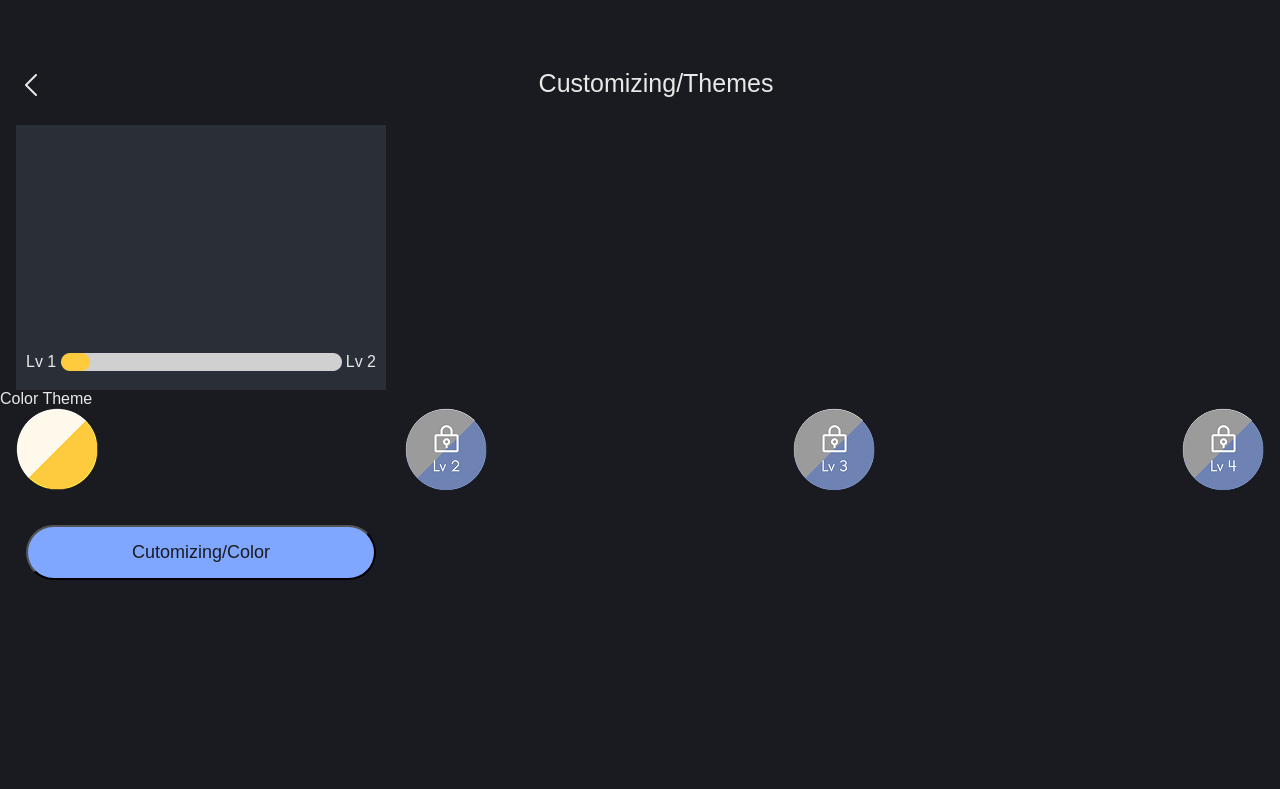
Repository: Crite-Spranberries/sleepixie_app
Page: /customizing
The author's editor kept a copy of each file at every save. The page is drawn from the files as they stood at one save, then again after the next save.
The browser window is 1280 px wide. The pictures show the whole page.
Pictures or frames that could not be fetched are drawn as grey boxes. Some web fonts or font styles are not loaded; a fallback is used. The project was rebuilt for these pictures with package versions that can differ from the ones it lists, and the page was loaded fresh each time. The framework's server and built-in components were replaced by stand-ins that run in the browser. Also part of the build but not shown: next.config.mjs.

Above is the page before, as saved 2025-05-12 11:54:51.

### pages/_app.js
import '../styles/globals.css';

export default function MyApp({ Component, pageProps }) {
  return (
    <main>
      <Component {...pageProps} />
    </main>
  );
}

### pages/customizing.js
import Image from 'next/image';
import PrimaryButton from '@/components/Button/PrimaryButton';
import CharacterCard2 from '@/components/CharacterCard2';
import HeaderComponent from '@/components/Button/HeaderComponent';
import { useRouter } from 'next/navigation';

export default function CustomizingPage() {
  const router = useRouter();
  return (
    <div className="styles.customizingPage">
      <HeaderComponent pageName="Customizing/Themes" pageLink="/character" />
      <CharacterCard2 />
      <div className="styles.colorTheme">Color Theme</div>
      <div className="colorChipContainer">
        <Image
          src="/images/colorChip1.png"
          alt="colorChip1"
          width={82}
          height={82}
        />
        <Image
          src="/images/colorChip2.png"
          alt="colorChip2"
          width={82}
          height={82}
        />
        <Image
          src="/images/colorChip3.png"
          alt="colorChip3"
          width={82}
          height={82}
        />
        <Image
          src="/images/colorChip4.png"
          alt="colorChip4"
          width={82}
          height={82}
        />
      </div>
      <PrimaryButton
        label="Cutomizing/Color"
        onClick={() => router.push('/customizing')}
      />
    </div>
  );
}

### styles/globals.css
@import url('https://fonts.googleapis.com/css2?family=Teachers:wght@100;200;300;400;500;600;700;800;900&display=swap');

/* Add any global styles below */
h4 {
  font-size: 25px;
  font-style: normal;
  font-weight: 300;
  line-height: normal;
  margin: 0;
  flex: 3;
  text-align: center;
}

.weeklyAchievement {
  margin: 84px 0 0 16px;
}

.myGoal {
  margin: 30px 0 23px 16px;
}
h3 {
  font-size: 32px;
  font-style: normal;
  font-weight: 100;
  line-height: 29px;
  margin-left: 16px;
}

.sleep,
.additional {
  font-size: 20px;
  font-style: normal;
  font-weight: 600;
  line-height: normal;
  margin-top: 30px;
  margin-bottom: 12px;
}

html {
  font-family: 'Teachers', sans-serif;
  background-color: #191b21;
  color: #e8e8e8;
  margin: 0;
  padding: 0;
}

body {
  margin: 0;
  padding: 0;
  height: 100vh;
  width: 100vw;
}

input {
  color: #ffcb3e;
  background: none;
  border: none;
  font-size: 16px;
  font-style: normal;
  font-weight: 400;
  line-height: normal;
  padding-left: 20px;
}

input::placeholder {
  color: #ffcb3e;
  opacity: 0.5;
}

.buttonContainer {
  width: 100%;
  padding: 0;
  margin-left: 16px;
  display: flex;
  flex-direction: column;
}

.navigationBarGlobal {
  position: fixed;
  left: 0;
  bottom: 0;
  width: 100%;
  background-color: #292e37;
  z-index: 1000;
  display: flex;
  justify-content: space-around;
  align-items: center;
  padding: 0;
}

.supplementList {
  display: flex;
  flex-direction: row;
  justify-content: center;
  flex-wrap: wrap;
  gap: 10px;
}

.searchContainer {
  display: flex;
  justify-content: center;
}

.calendar {
  margin-top: 60px;

  display: flex;
  align-items: center;
  justify-content: center;
}

.myGoalContainer {
  display: flex;
  flex-direction: row;
  justify-content: space-between;
  padding: 0 20.5px 0 20.5px;
}

.characterContainerProgress {
  width: 370px;
  height: 311px;
}

.character {
  margin: 10px 16px 0 16px;
}

.colorChipContainer {
  display: flex;
  flex-direction: row;
  justify-content: space-between;
  padding: 0 16px 0 16px;
}

.colorTheme {
  display: flex;
  justify-content: center;
  font-size: 20px;
  font-style: normal;
  font-weight: 400;
  line-height: normal;
  margin: 30px 0 30px 0;
}

### components/Button/PrimaryButton.js
import styles from './Button.module.css';
import { useRouter } from 'next/navigation';

const PrimaryButton = ({ label, onClick }) => {
  return (
    <button className={styles.primaryButton} onClick={onClick}>
      {label}
    </button>
  );
};

export default PrimaryButton;

### components/CharacterCard2.js
import styles from './CharacterCard.module.css';
import Image from 'next/image';

const CharacterCard2 = () => {
  return (
    <div className={styles.characterCard2}>
      <div className={styles.characterVideo2}>
        <video
          src="/Level1Video.mp4"
          autoPlay
          muted
          loop
          width={350}
          height={198}
          style={{ borderRadius: '30px' }}
        />
      </div>
      <div className={styles.characterLevelBar2}>
        <p className={styles.levelNumber2}>Lv 1</p>
        <Image
          className={styles.levelBar}
          src="/icons/LevelStatusBar.png"
          alt="LevelBar"
          width={281}
          height={18}
        />
        <p className={styles.levelNumber2}>Lv 2</p>
      </div>
    </div>
  );
};

export default CharacterCard2;

### components/Button/HeaderComponent.js
import styles from './HeaderComponent.module.css';
import Image from 'next/image';
import Link from 'next/link';

const HeaderComponent = ({ pageName, pageLink }) => {
  return (
    <div className={styles.settingHeader}>
      <Link href={pageLink}>
        <Image
          src="/icons/CaretLeft.svg"
          alt="arrow-left"
          width={32}
          height={32}
        />
      </Link>
      <h4 className={styles.pageName}>{pageName}</h4>
    </div>
  );
};

export default HeaderComponent;

### components/Button/Button.module.css
.pageButton {
  flex-shrink: 0;
  width: 370px;
  height: 69px;
  font-size: 20px;
  background-color: #292e37;
  color: #e8e8e8;
  font-family: Teachers;
  font-style: normal;
  font-weight: 100;
  line-height: normal;
  border-radius: 10px;
  padding: 19px 0 19px 13px;
  border: 0;
  text-align: left;
  display: inline-flex;
  align-items: center;
  justify-content: left;
  gap: 10px;
  /* button shadow */
  box-shadow: 1px 1px 3.1px 0px #ffcb3e;
}

.buttonContent {
  display: flex;
  align-items: center;
  justify-content: space-between;
  width: 100%;
  padding-right: 13px;
}

.arrowIcon {
  flex-shrink: 0;
}

.pageButton span {
  text-align: left;
}

.twoButtonContainer {
  display: flex;
  flex-direction: column;
  width: 370px;
  gap: 1px;
}

.twoButtonTop {
  flex-shrink: 0;
  width: 370px;
  height: 69px;
  font-size: 20px;
  background-color: #292e37;
  color: #e8e8e8;
  font-family: Teachers;
  font-style: normal;
  font-weight: 100;
  line-height: normal;
  border-radius: 10px 10px 0px 0px;
  padding: 19px 0 19px 13px;
  border: 0;
  text-align: left;
  display: inline-flex;
  align-items: center;
  justify-content: left;
  /* button shadow */
  box-shadow: 1px 1px 3.1px 0px #ffcb3e;
}

.twoButtonBottom {
  flex-shrink: 0;
  width: 370px;
  height: 69px;
  font-size: 20px;
  background-color: #292e37;
  color: #e8e8e8;
  font-family: Teachers;
  font-style: normal;
  font-weight: 100;
  line-height: normal;
  border-radius: 0px 0px 10px 10px;
  padding: 19px 0 19px 13px;
  border: 0;
  text-align: left;
  display: inline-flex;
  align-items: center;
  justify-content: left;
  /* button shadow */
  box-shadow: 1px 1px 3.1px 0px #ffcb3e;
}

.searchContainer {
  width: 339px;
  height: 52px;
  flex-shrink: 0;
  display: flex;
  flex-direction: row;
  border-radius: 53px;
  border: 1px solid #ffcb3e;
  background: #292e37;
  display: inline-flex;
  flex-direction: row;
  align-items: center;
  margin: 25px 0 25px 0;
  gap: 100px;
}

.supplementCard {
  display: flex;
  align-items: center;
  background: #292e37;
  border-radius: 16px;
  padding: 10px 27px 10px 10px;
  gap: 16px;
  width: 370px; /* or 100% if you want it responsive */
  min-height: 90px;
  box-sizing: border-box;
  margin: 0;
}

.supplementImage {
  width: 70px;
  height: 70px;
  border-radius: 10px;
  object-fit: cover;
  background: #fff; /* fallback for missing image */
  flex-shrink: 0;
}

.supplementName {
  color: #fff9ec;
  font-size: 20px;
  font-style: normal;
  font-weight: 100;
  margin: 0 0 0 0;
  flex: 1;
}

.supplementCard img[alt='arrow-right'],
.supplementCard :global(img[alt='arrow-right']) {
  background: #7faaff;
  border-radius: 50%;
  width: 28px !important;
  height: 28px !important;
  flex-shrink: 0;
}

.selectedSupplementCard {
  display: flex;
  align-items: center;
  background: #80a7ff;
  border-radius: 16px;
  padding: 10px 27px 10px 10px;
  gap: 16px;
  width: 370px; /* or 100% if you want it responsive */
  min-height: 90px;
  box-sizing: border-box;
  margin-left: 16px;
  margin-top: 20px;
}

.selectedSupplementName {
  font-size: 20px;
  font-style: normal;
  font-weight: 100;
  line-height: normal;
  color: #191b21;
  margin: 0;
}

.supplementUsage {
  font-size: 13px;
  font-style: normal;
  font-weight: 100;
  line-height: normal;
  color: #191b21;
  margin: 30px 0 0 0;
}

.threeButtonContainer {
  display: flex;
  flex-direction: column;
  width: 370px;
  gap: 1px;
  margin-top: 20px;
}

.threeButtonTop {
  flex-shrink: 0;
  width: 370px;
  height: 69px;
  font-size: 20px;
  background-color: #292e37;
  color: #e8e8e8;
  font-family: Teachers;
  font-style: normal;
  font-weight: 100;
  line-height: normal;
  border-radius: 10px 10px 0px 0px;
  padding: 19px 0 19px 13px;
  border: 0;
  text-align: left;
  display: inline-flex;
  align-items: center;
  justify-content: left;
  /* button shadow */
  box-shadow: 1px 1px 3.1px 0px #ffcb3e;
}

.threeButtonMiddle {
  flex-shrink: 0;
  width: 370px;
  height: 68px;
  font-size: 20px;
  font-family: Teachers;
  background-color: #292e37;
  color: #e8e8e8;
  font-style: normal;
  font-weight: 100;
  line-height: normal;
  text-align: left;
  display: inline-flex;
  align-items: center;
  justify-content: left;
  border: 0;
  padding: 19px 0 19px 13px;
  box-shadow: 1px 1px 3.1px 0px #ffcb3e;
}

.threeButtonBottom {
  flex-shrink: 0;
  width: 370px;
  height: 69px;
  font-size: 20px;
  background-color: #292e37;
  color: #e8e8e8;
  font-family: Teachers;
  font-style: normal;
  font-weight: 100;
  line-height: normal;
  border-radius: 0px 0px 10px 10px;
  padding: 19px 0 19px 13px;
  border: 0;
  text-align: left;
  display: inline-flex;
  align-items: center;
  justify-content: left;
  /* button shadow */
  box-shadow: 1px 1px 3.1px 0px #ffcb3e;
}

.primaryButton {
  width: 350px;
  height: 55px;
  background-color: #80a7ff;
  color: #191b21;
  font-style: normal;
  font-weight: 100;
  line-height: normal;
  font-size: 18px;
  border-radius: 30px;
  margin: 35px 26px 0 26px;
}

### components/CharacterCard.module.css
.characterCard {
  width: 370px;
  height: 479px;
  background-color: #292e37;
  margin-top: 20px;
  margin-left: 16px;
  padding: 0;
}

.characterVideo {
  display: flex;
  margin: 0;
  padding: 14px 10px 0 10px;
}

.characterLevelBar {
  display: flex;
  flex-direction: row;
  justify-content: space-between;
  align-items: center;
  padding: 0 10px 0 10px;
}

.levelNumber {
  font-size: 16px;
  font-style: normal;
  font-weight: 100;
  line-height: normal;
  margin: 18px 0 18px 0;
}

.characterLevel {
  display: flex;
  flex-direction: row;
  padding: 0 10px 0 10px;
  justify-content: space-between;
}

.levelGoalTitle {
  color: #e8e8e8;
  font-size: 20px;
  font-style: normal;
  font-weight: 700;
  line-height: normal;
  text-align: center;
  margin: 18px 0 0 0;
}

.levelGoalText {
  color: #e8e8e8;
  font-size: 20px;
  font-style: normal;
  font-weight: 400;
  line-height: normal;
  text-align: center;
  margin: 0;
}

.levelBar {
  width: 281px;
  height: 18px;
  flex-shrink: 0;
}

.characterCard2 {
  width: 370px;
  height: 265px;
  background-color: #292e37;
  margin-top: 20px;
  margin-left: 16px;
  padding: 0;
}

.characterVideo2 {
  display: flex;
  margin: 0;
  padding: 18px 10px 0 10px;
}

.characterLevelBar2 {
  display: flex;
  flex-direction: row;
  justify-content: space-between;
  align-items: center;
  padding: 0 10px 0 10px;
}

.levelNumber2 {
  font-size: 16px;
  font-style: normal;
  font-weight: 100;
  line-height: normal;
  margin: 12px 0 12px 0;
}

### components/Button/HeaderComponent.module.css
.settingHeader {
  display: flex;
  flex-direction: row;
  margin: 69px 16px 0 16px;
}

After the next save:
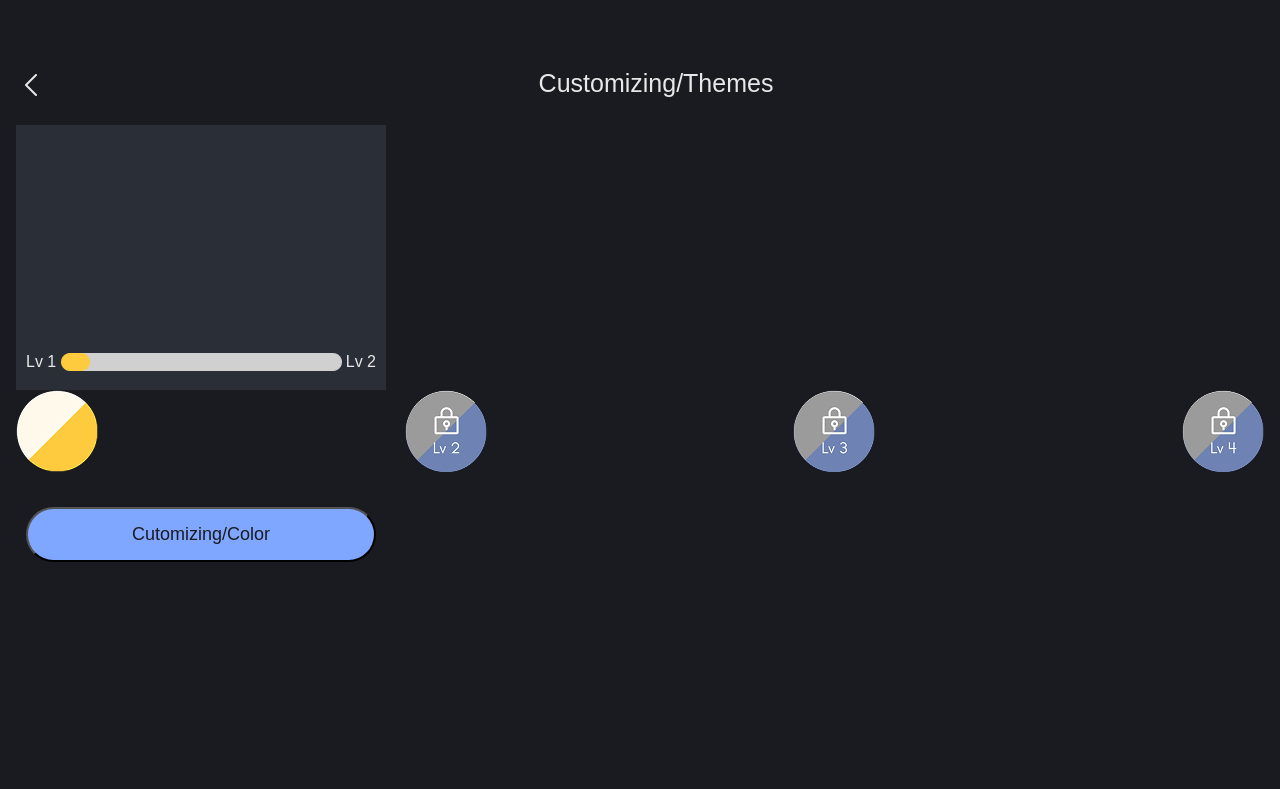
Saved 1 s later.
--- a/pages/customizing.js
+++ b/pages/customizing.js
@@ -10,7 +10,6 @@
     <div className="styles.customizingPage">
       <HeaderComponent pageName="Customizing/Themes" pageLink="/character" />
       <CharacterCard2 />
-      <div className="styles.colorTheme">Color Theme</div>
       <div className="colorChipContainer">
         <Image
           src="/images/colorChip1.png"
